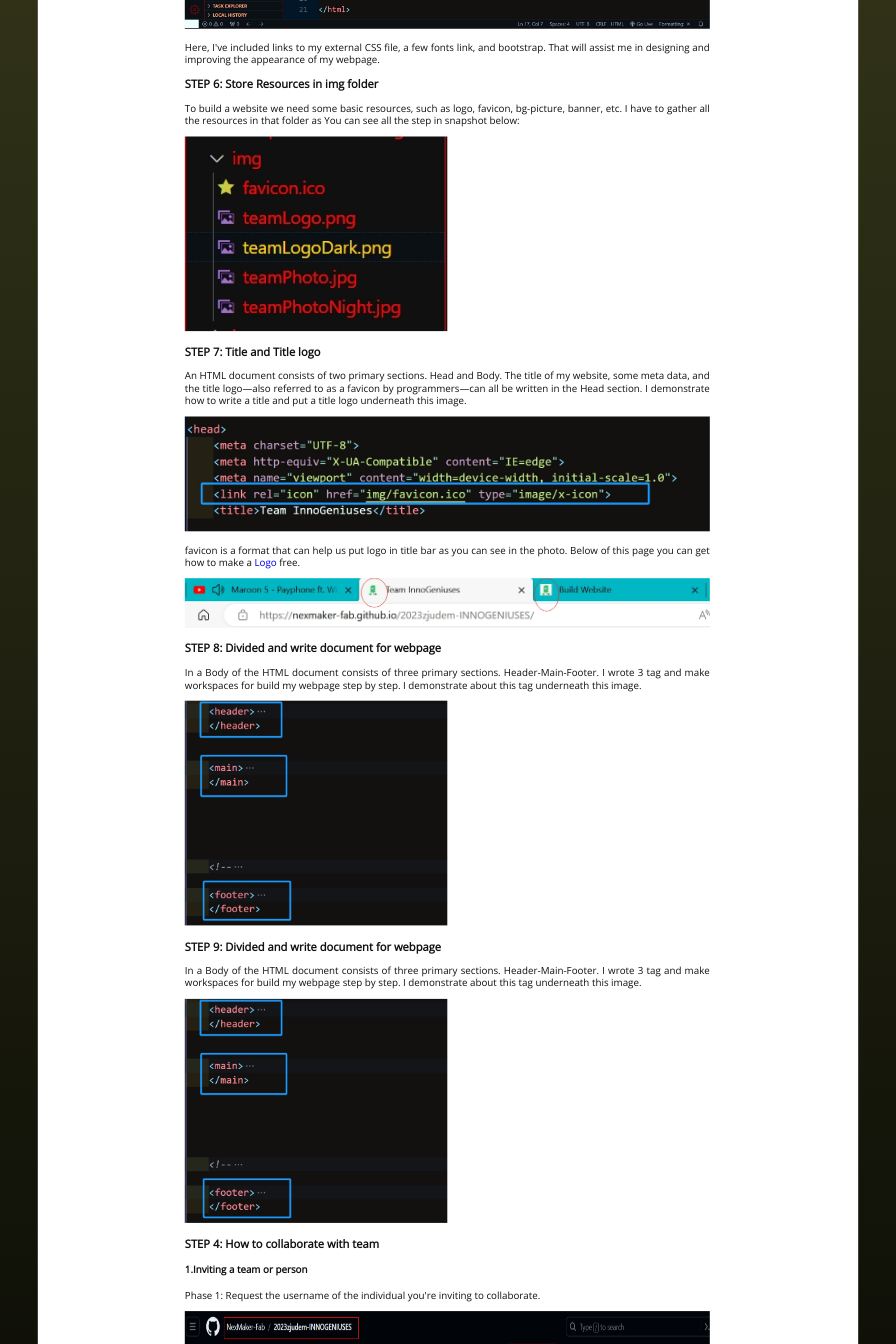
Repository: NexMaker-Fab/2023zjudem-INNOGENIUSES
Page: build web/page1.html
An editor plug-in stored every save of this project. The page is shown before and after the next save, followed by the edit.
The browser window is 1280 px wide. The pictures show the part of the page from y = 4580 to 6500 px (the page is 9926 px tall before and 9986 px after), at 70% of full size.

Above is the page before, as saved 2023-11-27 01:27:23.

### build web/page1.html
<!DOCTYPE html>
<html lang="en">

<head>
    <meta charset="utf-8">
    <meta http-equiv="X-UA-Compatible" content="IE=edge">
    <link rel="icon" href="img/favicon.ico" type="image/x-icon">
    <title>Build Website</title>
    <meta name="viewport" content="width=device-width, initial-scale=1">
    <!-- <meta name="Description" lang="en" content="open source x/html and css templates"> -->
    <meta name="author" content="mlp design">
    <meta name="robots" content="index, follow">
    <link rel="stylesheet" href="styles.css">
</head>

<body>
    <!--start wrapper-->
    <div id="wrapper">

        <!--start body-->
        <div id="body">

            <!--start header-->
            <div id="banner">
                <h1>HOW TO BUILD <em>WEB</em> </h1>
                <p></p>
                <!-- menu -->
                <label for="show-menu" class="responsive">&#9776;</label>
                <input type="checkbox" id="show-menu" role="button">
                <ul id="topnav">
                    <!-- <li><a class="active">Home</a></li> -->

                </ul>
                <!-- end menu -->
            </div>
            <!--end of header-->
            <!--start sidebar-->
            <div id="sidebar">
                <h2>GitHub</h2>
                <p>GitHub, is a platform and cloud-based service for software development and version control using Git, allowing developers to store and manage their code. It provides the distributed version control of Git plus access control, bug tracking,
                    software feature requests, task management, continuous integration, and wikis for every project. Headquartered in California, it has been a subsidiary of Microsoft since 2018. It is commonly used to host open source software development
                    projects.As of January 2023, GitHub reported having over 100 million developers and more than 372 million repositories, including at least 28 million public repositories.</p>

                <h2>Visual Studio Code</h2>
                <p>Visual Studio Code, also commonly referred to as VS Code,[12] is a source-code editor made by Microsoft with the Electron Framework, for Windows, Linux and macOS.[13] Features include support for debugging, syntax highlighting, intelligent
                    code completion, snippets, code refactoring, and embedded Git. Users can change the theme, keyboard shortcuts, preferences, and install extensions that add functionality. In the Stack Overflow 2023 Developer Survey, Visual Studio Code
                    was ranked the most popular developer environment tool among 86,544 respondents, with 73.71% reporting that they use it. It increased its use among those learning to code versus those developing as a profession (78% vs. 74%). </p>
            </div>
            <div class="clear"></div>
            <!--end of sidebar-->

            <!--start containter-->
            <div id="container">

                <!--start content-->
                <div id="content">
                    <!--post item-->
                    <div class="item">
                        <h3>STEP1: Prepare</h3>
                        <p>Setting up all essential tools for constructing the webpage:</p>

                        <ul>
                            <li><a href="https://git-scm.com/downloads">Git</a></li>
                            <li><a href="https://github.com">GitHub</a> </li>
                            <li><a href="https://desktop.github.com">GitHub desktop</a> </li>
                            <li><a href="https://code.visualstudio.com">VScode</a></li>
                            <li><a href="https://nodejs.org/en/about">Nodejs</a> </li>
                        </ul>

                        <h3>STEP 2: Pointers</h3>
                        <p>Visit <a href="https://github.com">Github</a> to create a repository; if needed, sign up. Once there, make your repository and set it Public so it's accessible to online users. Remember to add a README file—it's the place for a
                            detailed project description.
                        </p>
                        <img src="img/Create Repo 1.png" <figure>
                        <p>
                            <b>Note:</b>In this image repository, the owner is identified as aminal333. However, when working within an organization, the organization's name should be displayed instead.

                        </p>
                        </figure>

                        <img src="img/Create repo 2.png" <figure>
                        <p></p>
                        </figure>

                        <img src="img/git page.jpg" <figure>


                        </figure>

                        <h3>STEP 3: Local Settings</h3>
                        <p>Open GitHub Desktop, clone the repository you've created before, and then proceed to open it in Visual Studio Code.</p>
                        <img src="img/gitclone1.png" <figure>
                        <p> </p>
                        </figure>
                        <img src="img/clone open vs.png" <figure>
                        <p>Access the cloned repository from your local storage system using Visual Studio Code</p>
                        </figure>

                        <!-- Ramiz update-->

                        <h3>STEP 4: Live Server Extension</h3>
                        <p>Go to visual studio extention secsion, search live server and click install it. This extesion help to observe new change on your webpage when you change something in your code. You can see the exension installation image below:
                        </p>
                        <img src="img/Live Server.png" alt="description photo" style="width:100%; height: fit-content;">

                        <h2 style="font-weight: bolder;">How to write the website document</h2>

                        <h3>STEP 5: Make folder and file for writing code to build a website</h3>
                        <p>Open VS Code and open clone repository folder. Create a html file, a css file & a JS file. Create a folder for image resources. After that go to the html file which is named index.html and write some basic html documents. You can
                            see all the step in snapshot below:
                        </p>
                        <img src="img/bw1.png" alt="description photo" style="width:100%; height: fit-content;">
                        <p>
                            Here, I've included links to my external CSS file, a few fonts link, and bootstrap. That will assist me in designing and improving the appearance of my webpage.
                        </p>

                        <h3>STEP 6: Store Resources in img folder</h3>
                        <p>To build a website we need some basic resources, such as logo, favicon, bg-picture, banner, etc. I have to gather all the resources in that folder as You can see all the step in snapshot below:
                        </p>
                        <img src="img/bw2.png" alt="description photo" style="width:50%; height: 100%;">

                        <h3>STEP 7: Title and Title logo</h3>
                        <p>An HTML document consists of two primary sections. Head and Body. The title of my website, some meta data, and the title logo—also referred to as a favicon by programmers—can all be written in the Head section. I demonstrate how
                            to write a title and put a title logo underneath this image.
                        </p>
                        <img src="img/bw3.png" alt="description photo" style="width:100%; height: fit-content;">
                        <p>
                            favicon is a format that can help us put logo in title bar as you can see in the photo. Below of this page you can get how to make a <a href="#logoCreate">Logo</a> free.
                        </p>
                        <img src="img/title logo.png" alt="description photo" style="width:100%; height: 100%;">
                        <h3>STEP 8: Divided and write document for webpage</h3>
                        <p>In a Body of the HTML document consists of three primary sections. Header-Main-Footer. I wrote 3 tag and make workspaces for build my webpage step by step. I demonstrate about this tag underneath this image.
                        </p>
                        <img src="img/bw4.png" alt="description photo" style="width:50%; height:fit-content;">
                        <h3>STEP 9: Divided and write document for webpage</h3>
                        <p>In a Body of the HTML document consists of three primary sections. Header-Main-Footer. I wrote 3 tag and make workspaces for build my webpage step by step. I demonstrate about this tag underneath this image.
                        </p>
                        <img src="img/bw4.png" alt="description photo" style="width:50%; height:fit-content;">

                        <h3>STEP 4: How to collaborate with team</h3>
                        <h4>1.Inviting a team or person</h4>
                        <p>Phase 1: Request the username of the individual you're inviting to collaborate.</p>

                        <img src="img/AA.png" <figure>
                        <p> Under your repository name, click Settings, If you cannot see the "Settings" tab, select the dropdown menu, then click Settings.<br> In the "Access" section of the sidebar, click Collaborators and teams as displayed </p>
                        </figure>
                        <img src="img/BB.png" <figure>
                        <p>To the right of "Manage access", click Add people or Add teams and In the search field, start typing the name of the team or person to invite, then click a name in the list of matches.
                        </p>
                        </figure>
                        <img src="img/CC.png" <figure>
                        <p>In the search field, start typing the name of the team or person to invite, then click a name in the list of matches.</p>
                        </figure>
                        <img src="img/DD.png" <figure>
                        <p> Under "Choose a role", select the repository role to grant to the team or person</p>
                        </figure>
                        <img src="img/EE.png" <figure>
                        <p>Under "Manage access", next to the team or person whose access you'd like to remove, click Remove
                        </p>
                        </figure>
                        <img src="img/FF.png" <figure>
                        <p>Using this search box, you can easily find your team member</p>
                        </figure>

                    </div>
                    <!--another post item-->

                    <!--end of another post item-->
                </div>
                <!--end of content-->

            </div>
            <!--end of container-->

        </div>
        <!--end of body-->

        <!--start footer-->
        <div id="footer">
            <span class="left">2023 &copy; Copyright <a href="#">Allcode</a>. All rights reserved.</span>
            <p class="show-footer">2023 &copy; Copyright <a href="#">InnoGeniuses</a>. All rights reserved.<br /><a href="#">Contact</a> | </p>
        </div>
        <!--end of footer-->

    </div>
    <!--end of wrapper-->

    <!--start credits-->
    <!--//Under CC-NC 3.0, this portion must be left intact and must not be hidden.//-->
    <div id="credits">
        <span><a href="#" title="CSS &amp; ">CSS &amp; HTML</a> by InnoGeniuses<br />IDE@ZJU
    </div>
    <!--end of credits-->

</body>

</html>

### build web/styles.css
/*
Template Name: mlpdesign07.1 Khaki
Version: Pure CSS version
Author:webmasterneo, MLP Design
Author URI: http://www.mlpdesign.net/
*/


/* Global Settings */

@import url(https://fonts.googleapis.com/css?family=Open+Sans);
body {
    background: #000;
    background: -moz-linear-gradient(top, #7c803d 0%, #000000 75%, #000000 100%);
    background: -webkit-gradient(left top, left bottom, color-stop(0%, #7c803d), color-stop(75%, #000000), color-stop(100%, #000000));
    background: -webkit-linear-gradient(top, #7c803d 0%, #000000 75%, #000000 100%);
    background: -o-linear-gradient(top, #7c803d 0%, #000000 75%, #000000 100%);
    background: -ms-linear-gradient(top, #7c803d 0%, #000000 75%, #000000 100%);
    background: linear-gradient(to bottom, #7c803d 0%, #000000 75%, #000000 100%);
    filter: progid: DXImageTransform.Microsoft.gradient( startColorstr='#7c803d', endColorstr='#000000', GradientType=0);
    color: #111;
    margin: 0;
    font-family: 'Open Sans', sans-serif;
    font-size: 14px;
    line-height: 18px;
    min-width: 600px;
}

h1 {
    font-size: 40px;
    line-height: 24px;
}

h2 {
    font-size: 18px;
    line-height: 22px;
}

h3 {
    font-size: 16px;
    line-height: 20px;
}

a {
    background-color: inherit;
    color: rgb(0, 38, 255)122, 102, 153;
    text-decoration: none;
}

a:hover {
    text-decoration: underline;
}

blockquote {
    background-color: inherit;
    color: #999;
    font: italic 15px "Times New Roman", serif;
    border-left: 5px solid #996;
    padding: 2px 15px;
}


/* Wrapper Settings */

#wrapper {
    background: #fff;
    border: none;
    padding: 10px;
    margin: 1% auto;
    width: 90%;
}

#body {
    margin: 0;
}

#container {
    border-left: 50px;
    padding: 0;
    margin: 0;
}


/* Other Settings*/

#banner {
    position: relative;
    padding: 10px;
    height: 175px;
    border: 0px;
    color: #fff;
    background: #abab83;
    background: -moz-linear-gradient(top, #abab83 0%, #abab83 0%, #abab83 50%, #a1a172 51%, #a1a172 100%);
    background: -webkit-gradient(left top, left bottom, color-stop(0%, #abab83), color-stop(0%, #abab83), color-stop(50%, #abab83), color-stop(51%, #a1a172), color-stop(100%, #a1a172));
    background: -webkit-linear-gradient(top, #abab83 0%, #abab83 0%, #abab83 50%, #a1a172 51%, #a1a172 100%);
    background: -o-linear-gradient(top, #abab83 0%, #abab83 0%, #abab83 50%, #a1a172 51%, #a1a172 100%);
    background: -ms-linear-gradient(top, #abab83 0%, #abab83 0%, #abab83 50%, #a1a172 51%, #a1a172 100%);
    background: linear-gradient(to bottom, #abab83 0%, #abab83 0%, #abab83 50%, #a1a172 51%, #a1a172 100%);
    filter: progid: DXImageTransform.Microsoft.gradient( startColorstr='#abab83', endColorstr='#a1a172', GradientType=0);
}

#banner h1 {
    font-size: 32px;
}

#banner h1 em {
    font-style: normal;
    text-decoration: none;
    color: #111;
}

#show-menu {
    display: none;
}

.responsive {
    background-color: inherit;
    color: #fff;
    text-align: left;
    font-weight: normal;
    font-size: 1.5em;
    padding: 0;
    position: absolute;
    top: 80%;
    display: none;
}

ul#topnav {
    list-style-type: none;
    margin: 0 0 0 1%;
    display: table;
    padding: 0;
    overflow: hidden;
    width: 60%;
    position: absolute;
    bottom: 0;
}

ul#topnav li {
    display: table-cell;
    text-align: center;
}

ul#topnav li a {
    background: #333;
    color: #999;
    border: none;
    display: block;
    margin-right: 5px;
    padding: 5px 0px;
    text-decoration: none;
    font-size: 12px;
}

ul#topnav li a.active,
ul#topnav li a.active:hover {
    background: #fff;
    color: #333;
}

ul#topnav li a:hover {
    background: #cc9;
    color: #111;
}

#sidebar {
    background: #fff;
    float: right;
    width: 200px;
    margin: -175px 1% 50px auto;
    padding: 15px;
    font-size: 12px;
    -webkit-box-shadow: 25px 0px 25px -25px rgba(0, 0, 0, 0.45), -25px 0px 25px -25px rgba(0, 0, 0, 0.45);
    -moz-box-shadow: 25px 0px 25px -25px rgba(0, 0, 0, 0.45), -25px 0px 25px -25px rgba(0, 0, 0, 0.45);
    box-shadow: 25px 0px 25px -25px rgba(0, 0, 0, 0.45), -25px 0px 25px -25px rgba(0, 0, 0, 0.45);
    position: relative;
}

#sidebar h2 {
    background-color: inherit;
    color: #996;
    font: normal 16px Arial, sans-serif;
    border-bottom: 2px solid #996;
    padding: 8px 0 5px 0;
}

#sidebar ul {
    list-style: none;
    padding: 2px;
    margin: 0;
}

#sidebar ul li {
    list-style-position: inside;
    padding: 0 0 10px 20px;
    text-indent: -1em;
}

#sidebar ul li a {
    background-color: inherit;
    color: #333;
    text-decoration: none;
    padding: 5px 2px;
    display: block;
}

#sidebar ul li a:hover {
    background-color: #cc9;
    color: #fff;
}

#sidebar ul li a:before {
    content: "\00BB  ";
    color: #996;
}

#content {
    text-align: left;
    padding: 20px;
    width: 750px;
    padding-left: 200px;
}

#content h1 {
    font: normal 18px Arial, sans-serif;
    padding: 0;
}

#content ul {
    list-style: none;
}

#content ul li {
    padding: 2px 0 2px 10px;
    margin: 0;
}

#content ul li:before {
    content: "\00BB  ";
    color: rgb(51, 0, 255);
}

#content .item {
    line-height: 1.25em;
    margin: 0;
}

#content .item p {
    text-align: justify;
}

#content .item b {
    text-align: justify;
    color: red;
}

#content .item span {
    background-color: inherit;
    color: #999;
    font-size: 11px;
}

#content .item img {
    width: 750px;
    height: 500px;
}

#footer {
    padding: 10px;
    height: 20px;
    border: 0px;
    color: #333;
    font-size: 12px;
    background: #abab83;
    background: -moz-linear-gradient(top, #abab83 0%, #abab83 0%, #abab83 50%, #a1a172 51%, #a1a172 100%);
    background: -webkit-gradient(left top, left bottom, color-stop(0%, #abab83), color-stop(0%, #abab83), color-stop(50%, #abab83), color-stop(51%, #a1a172), color-stop(100%, #a1a172));
    background: -webkit-linear-gradient(top, #abab83 0%, #abab83 0%, #abab83 50%, #a1a172 51%, #a1a172 100%);
    background: -o-linear-gradient(top, #abab83 0%, #abab83 0%, #abab83 50%, #a1a172 51%, #a1a172 100%);
    background: -ms-linear-gradient(top, #abab83 0%, #abab83 0%, #abab83 50%, #a1a172 51%, #a1a172 100%);
    background: linear-gradient(to bottom, #abab83 0%, #abab83 0%, #abab83 50%, #a1a172 51%, #a1a172 100%);
    filter: progid: DXImageTransform.Microsoft.gradient( startColorstr='#abab83', endColorstr='#a1a172', GradientType=0);
    clear: both;
}

#footer a {
    background-color: inherit;
    color: #333;
}

#footer a:hover {
    background-color: inherit;
    color: #fff;
    text-decoration: none;
}

#footer span.left {
    text-align: left;
    padding-left: 15px;
    float: left;
}

#footer span.right {
    text-align: right;
    padding-right: 15px;
    float: right;
}

#footer p.show-footer {
    margin: 0;
    display: none;
}

#credits {
    width: 90%;
    background-color: inherit;
    color: #999;
    position: relative;
    bottom: 0;
    padding: 10px 0;
    font: normal 11px Arial, sans-serif;
    text-align: right;
    margin: 0 auto;
}

#credits a {
    background-color: inherit;
    color: #999;
    text-decoration: none;
}

#credits a:hover {
    background-color: inherit;
    color: #fff;
    text-decoration: none;
}


/* Begin responsive styles */

@media screen and (max-width: 700px) {
    body {
        font-size: 12px;
    }
    blockquote {
        font-size: 13px;
        border-left-width: 3px;
        padding: 1px 5px 1px 10px;
        margin: 0;
    }
    /* banner */
    /*#banner { height:170px;}*/
    #banner h1 {
        font-size: 28px;
    }
    #banner p {
        width: 60%;
    }
    /* menu */
    ul#topnav {
        display: none;
    }
    .responsive {
        display: block;
    }
    #show-menu:checked~ul#topnav {
        display: block;
        position: absolute;
        top: 100%;
        width: 50%;
        margin: 0 0 0 -8%;
        overflow: visible;
    }
    ul#topnav li {
        display: block;
        text-align: left;
        margin: 0 0 1px 15%;
    }
    ul#topnav li a {
        padding-left: 20px;
        border-radius: 0px;
        -moz-border-radius: 0px;
        -webkit-border-radius: 0px;
        font-size: 10px;
    }
    /*ul#topnav li a:hover { background: rgba(255,0,85,1); color:rgba(255,255,255,255);}*/
    ul#topnav li a.active,
    ul#topnav li a.active:hover {
        background: #eee;
        color: #000;
    }
    /* sidebar */
    #sidebar {
        width: 28%;
        padding: 5px;
        font-size: 10px;
        line-height: 1.25em;
    }
    #sidebar h2 {
        font-size: 12px;
    }
    /* content */
    #content {
        margin-right: 33%;
    }
    #content h1 {
        font-size: 14px;
        font-weight: bold;
    }
    #content .item span {
        font-size: 10px;
    }
    #content ul {
        margin-left: 0;
        padding-left: 0;
    }
    #content ul li {
        margin-left: 0;
        padding-left: 0;
    }
    /* footer */
    #footer {
        font-size: 10px;
        text-align: center;
        padding-bottom: 20px;
    }
    #footer span {
        display: none;
    }
    #footer p.show-footer {
        display: block;
    }
    #credits {
        font-size: 80%;
        text-align: center;
    }
}

After the next save:
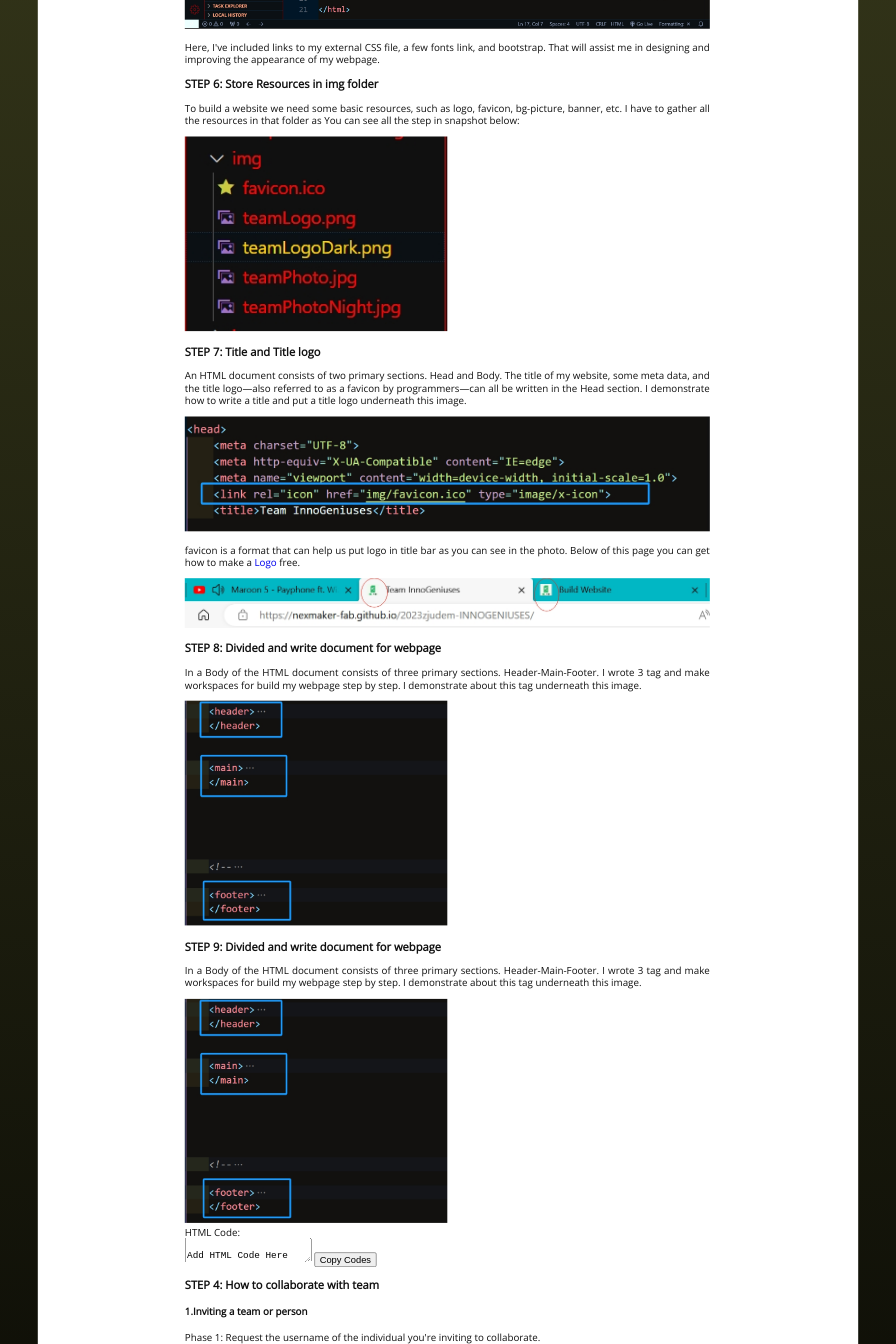
Saved 14 min 45 s later.
--- a/build web/page1.html
+++ b/build web/page1.html
@@ -136,6 +136,15 @@
                         <p>In a Body of the HTML document consists of three primary sections. Header-Main-Footer. I wrote 3 tag and make workspaces for build my webpage step by step. I demonstrate about this tag underneath this image.
                         </p>
                         <img src="img/bw4.png" alt="description photo" style="width:50%; height:fit-content;">
+                        <div class="text-boxes">
+                            <div class="text-box HTMLBox">
+                                <div class="topic">HTML Code:</div>
+                                <textarea placeholder="Code" id="HTMLBox" readonly>
+                              Add HTML Code Here
+                            </textarea
+                              >
+                              <button id="HTMLButton">Copy Codes</button>
+                            </div>
 
                         <h3>STEP 4: How to collaborate with team</h3>
                         <h4>1.Inviting a team or person</h4>
